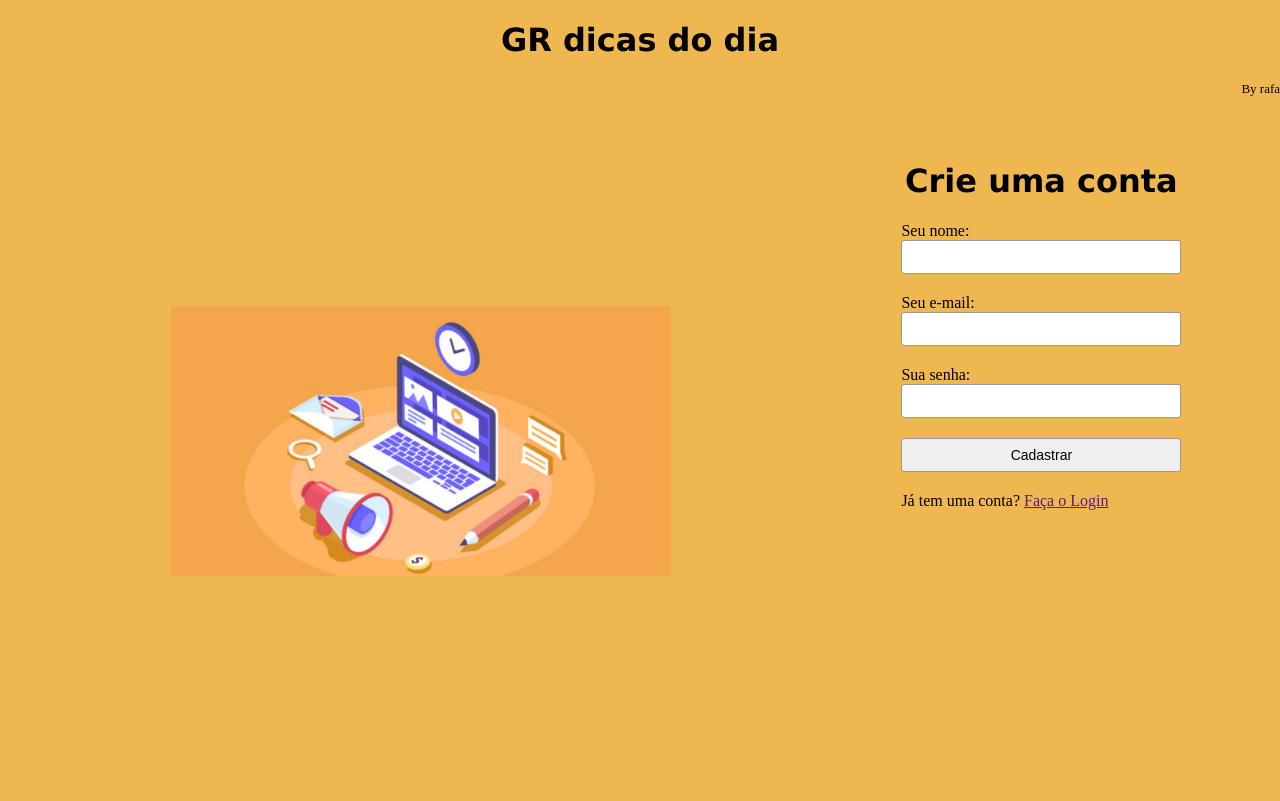
Repository: rafavirginio/tela-de-login
Page: index.html
The author's editor kept a copy of each file at every save. The page is drawn from the files as they stood at one save, then again after the next save.
The browser window is 1280 px wide. The pictures show the whole page.

Above is the page before, as saved 2020-09-17 15:22:50.

After the next save:
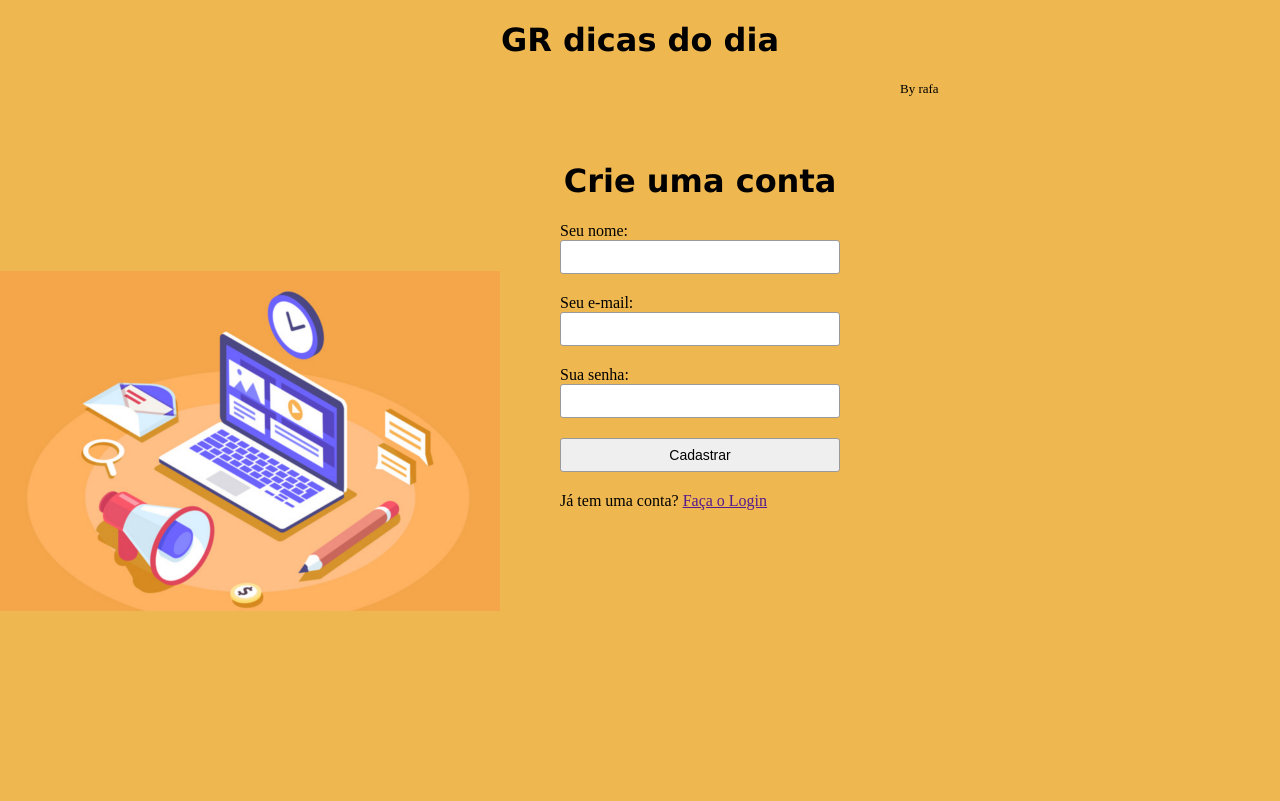
Saved 10 s later.
--- a/style.css
+++ b/style.css
@@ -26,7 +26,7 @@
     align-items: center;
 }
 
-.leftside img {
+.leftside {
     max-width: 500px;
     height: auto;
 }

After the save that followed:
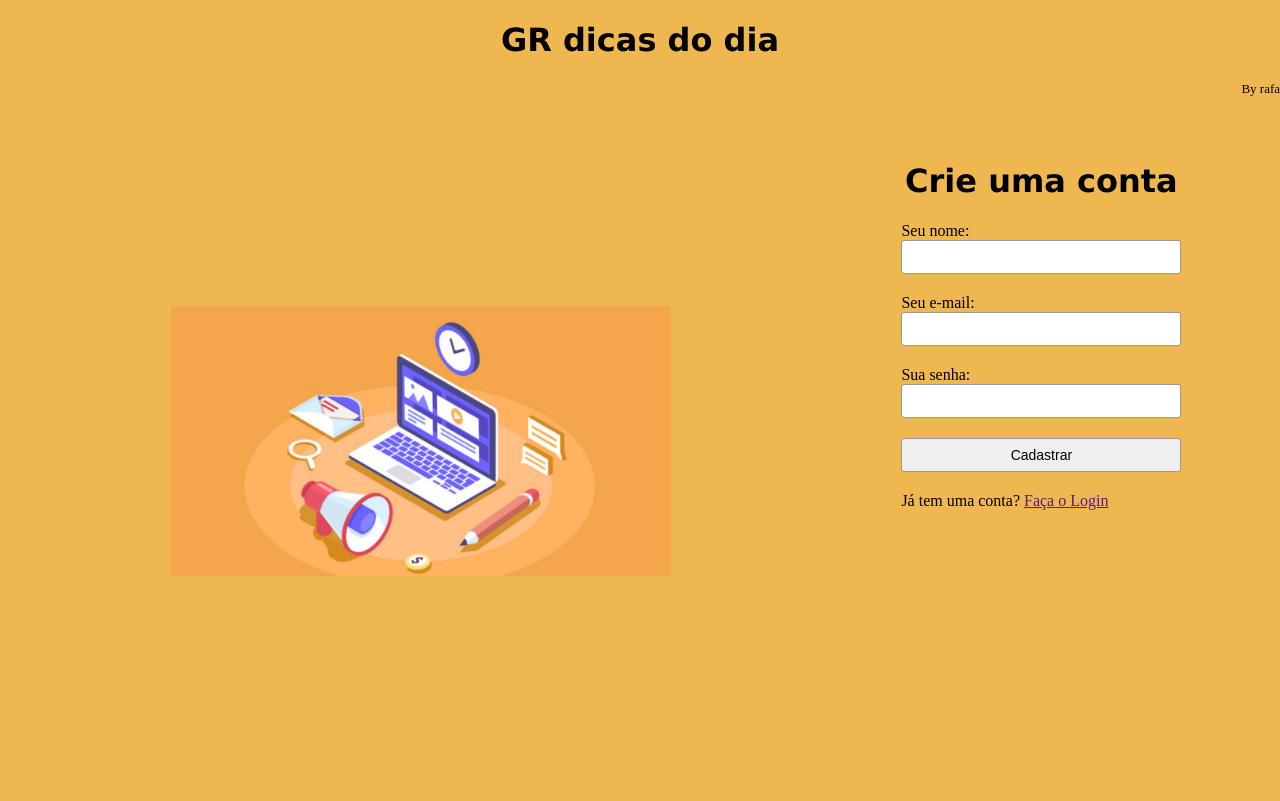
Saved 12 s later.
--- a/style.css
+++ b/style.css
@@ -26,7 +26,7 @@
     align-items: center;
 }
 
-.leftside {
+.leftside img {
     max-width: 500px;
     height: auto;
 }
